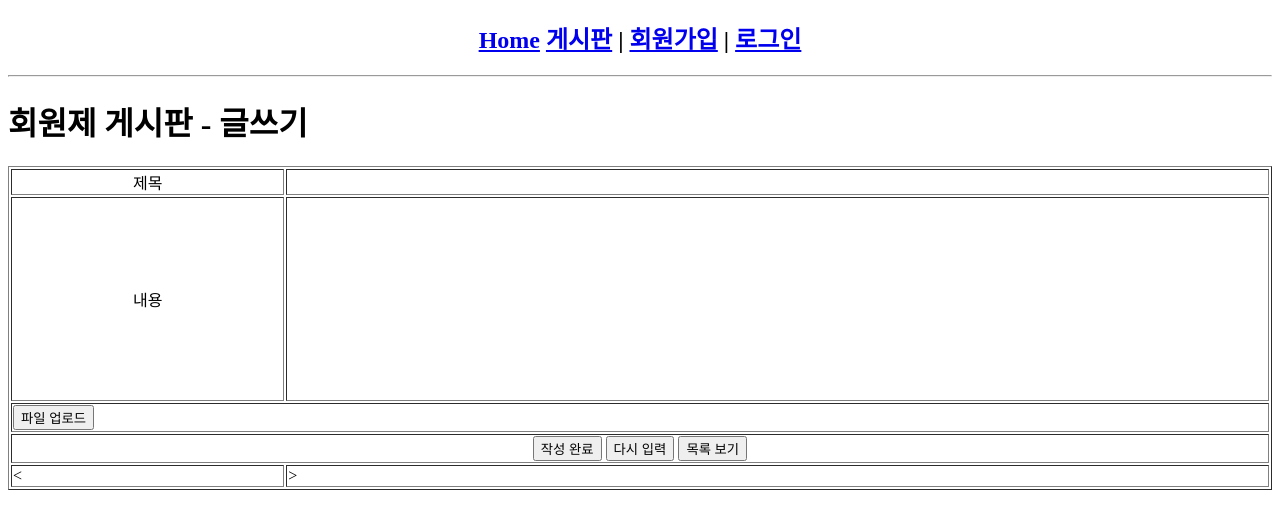
Repository: siucrystal/siuproject
Page: http://localhost/mini_project/write.jsp
An editor plug-in stored every save of this project. The page is shown before and after the next save, followed by the edit.
The browser window is 1280 px wide. The pictures show the whole page.
The page is served by Tomcat 9.

Above is the page before, as saved 2023-09-22 09:11:17.

After the next save:
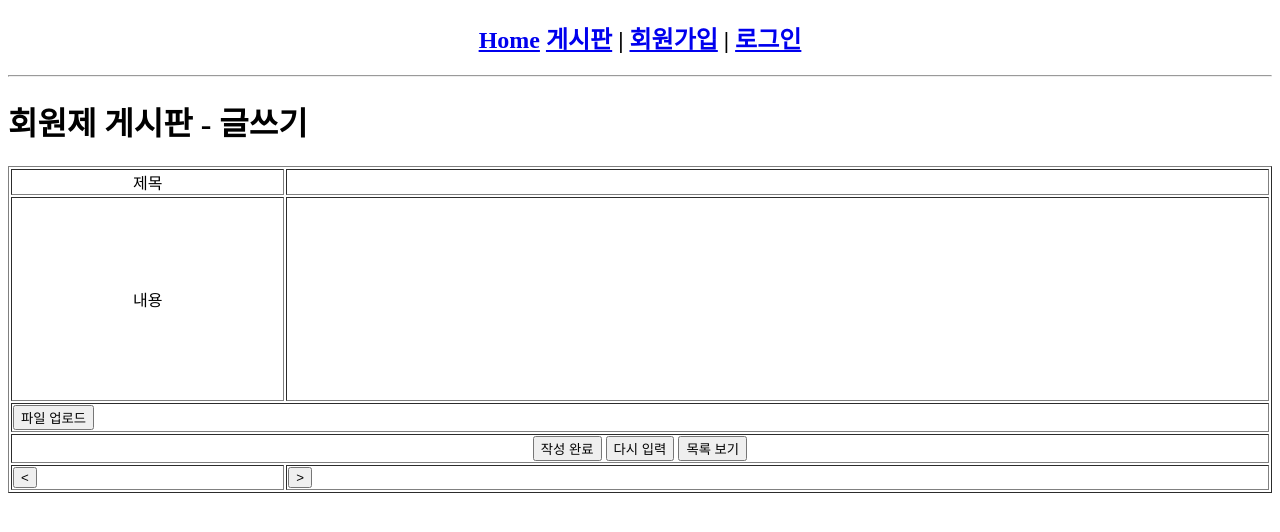
Saved 27 s later.
--- a/jspws/mini_project/src/main/webapp/write.jsp
+++ b/jspws/mini_project/src/main/webapp/write.jsp
@@ -69,7 +69,7 @@
                             <td class="w_name">내용</td>
                             <td><input type="text" name="wContext" id="wContext"></td>
                         </tr>
-                        <tr><td colspan="2"><input type="button" value="파일 업로드" id="fileUp"></td></tr>
+                        <tr><td colspan="2" class="upload"><input type="button" value="파일 업로드" id="fileUp"></td></tr>
                         <tr>
                             <td colspan="2" class="w_btn">
                                 <input type="hidden" name="category" value="일반" id="cateHidden">
@@ -79,8 +79,8 @@
                             </td>
                         </tr>
                         <tr>
-                        	<td>&lt;</td>
-                        	<td>&gt;</td>
+                        	<td> <input type="button" value="&lt;" id="prevBtn"></td>
+                        	<td><input type="button" value="&gt;" id="nextBtn"></td>
                         </tr>
                     </tbody>
                 </table>
